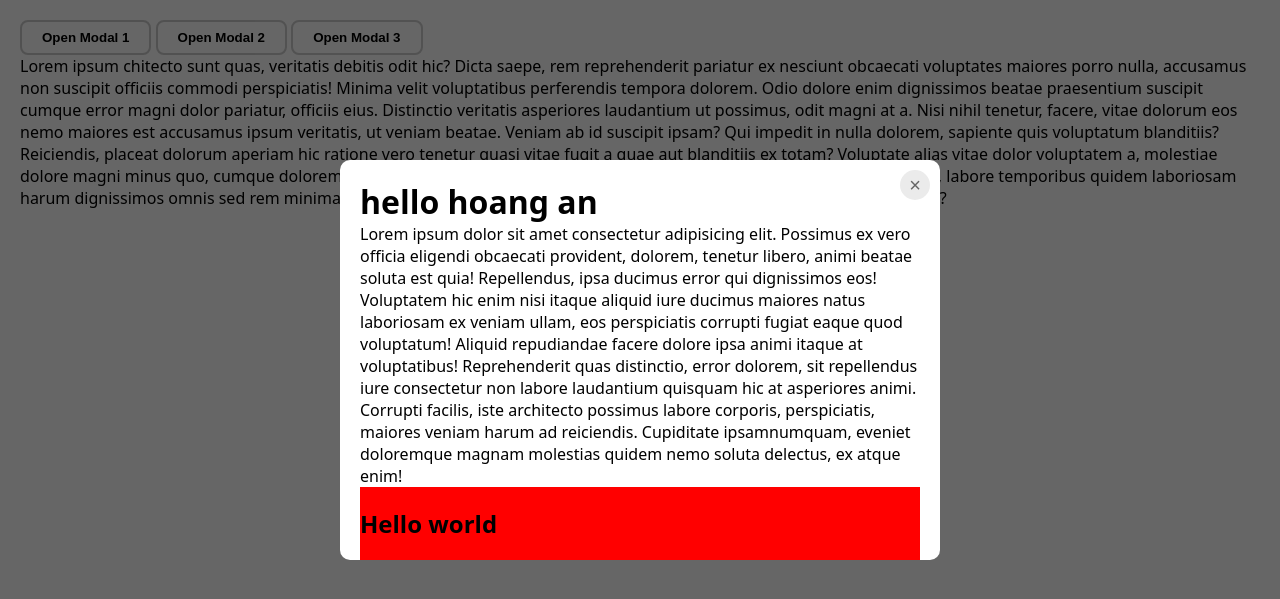
Repository: hoangan3526/Javascript-project
Page: index.html
An editor plug-in stored every save of this project. The page is shown before and after the next save, followed by the edit.
The browser window is 1280 px wide. The pictures show the whole page.

Above is the page before, as saved 2026-05-04 09:52:28.

After the next save:
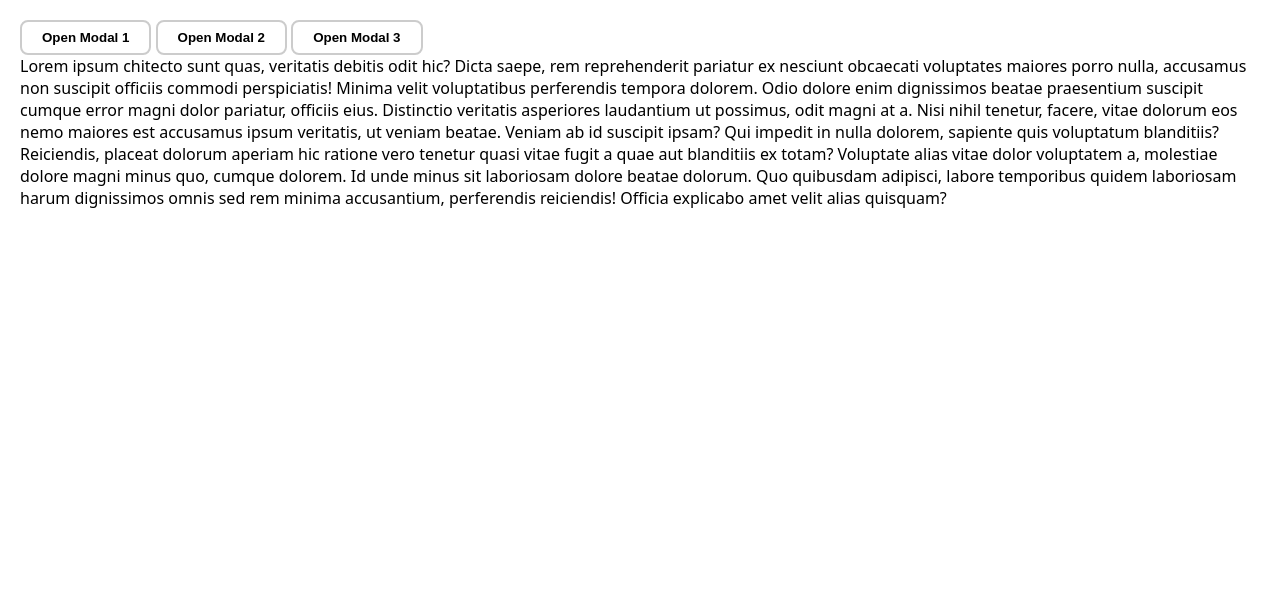
Console error: TypeError: modal3.addFooterButton is not a function
Saved 3 h 13 min later.
--- a/main.js
+++ b/main.js
@@ -3,6 +3,8 @@
 
 function Modal(options = {}) {
     const { templateId, classCSS= [], destroyOnClose = true, closeMethods =["button" , "overlay", "escape"] , onOpen , onClose  , footer = false} = options;
+
+    this._footerbuttons =[];
         const template = $(`#${templateId}`);
 
         if (!template) {
@@ -12,6 +14,14 @@
         this._allowEscapeClose = closeMethods.includes("escape");
         this._allowBackdropClose = closeMethods.includes("overlay");
         this._allowButtonClose = closeMethods.includes("button");
+        this.addfooterButton = (title , classnames , callback) =>{
+
+            this._footerbuttons.push({
+                title,
+                classnames,
+                callback
+            });
+        };
     function getScrollbarWidth() {
         if (getScrollbarWidth.value) return getScrollbarWidth.value;
 
@@ -67,6 +77,29 @@
             if(this._footerContent){
                 this._modalfooter.innerHTML = this._footerContent;
             }
+
+            this._footerbuttons.forEach(btnConfig => {
+               const btn = document.createElement("button");
+               btn.innerHTML = this._footerbuttons.title ;
+
+               // Gán class (Kiểm tra kỹ lỡ người dùng truyền chuỗi rỗng)
+                if (btnConfig.cssClasses && btnConfig.cssClasses.trim() !== "") {
+                    // Cắt chuỗi "class1 class2" thành mảng và add vào classList
+                    const classArray = btnConfig.cssClasses.split(" ");
+                    btn.classList.add(...classArray);
+                }
+
+                // Gán sự kiện click
+                if (typeof btnConfig.callback === "function") {
+                    btn.onclick = (e) => {
+                        // Gọi callback của người dùng truyền vào
+                        btnConfig.callback(e);
+                    };
+                }
+
+                // Nhét cái nút vừa tạo vào trong thẻ Footer
+                this._modalfooter.append(btn);
+            });
             container.append(this._modalfooter);
         }
         this._backdrop.append(container);
@@ -189,20 +222,22 @@
         };
     }
 }
-const modal3 = new Modal(
-    {
-        templateId: "modal-3",
-
-        footer : true,
-        onOpen : () => {
-            console.log("Open Modal 3 ");
-
-        },
-        onClose :() => {
-            console.log("Close Modal 3 ");
-
-        }
-    }
-);
-modal3.setFooterContent("<h2>Hello world </h2>")
+const modal3 = new Modal({
+    templateId: "modal-3",
+    footer: true // Nhớ bật cái này lên
+});
+
+// Thêm nút Hủy
+modal3.addFooterButton('Cancel', 'btn btn-secondary', (e) => {
+    console.log("Bạn vừa bấm nút Hủy bỏ!");
+    modal3.close(); // Thường nút Cancel sẽ gọi lệnh đóng Modal
+});
+
+// Thêm nút Đồng ý
+modal3.addFooterButton('Agree', 'btn btn-primary', (e) => {
+    console.log("Bạn vừa bấm Đồng Ý!");
+    // Có thể thực hiện gửi API, lưu dữ liệu ở đây
+});
+
+// Cuối cùng mới mở Modal
 modal3.open();

After the save that followed:
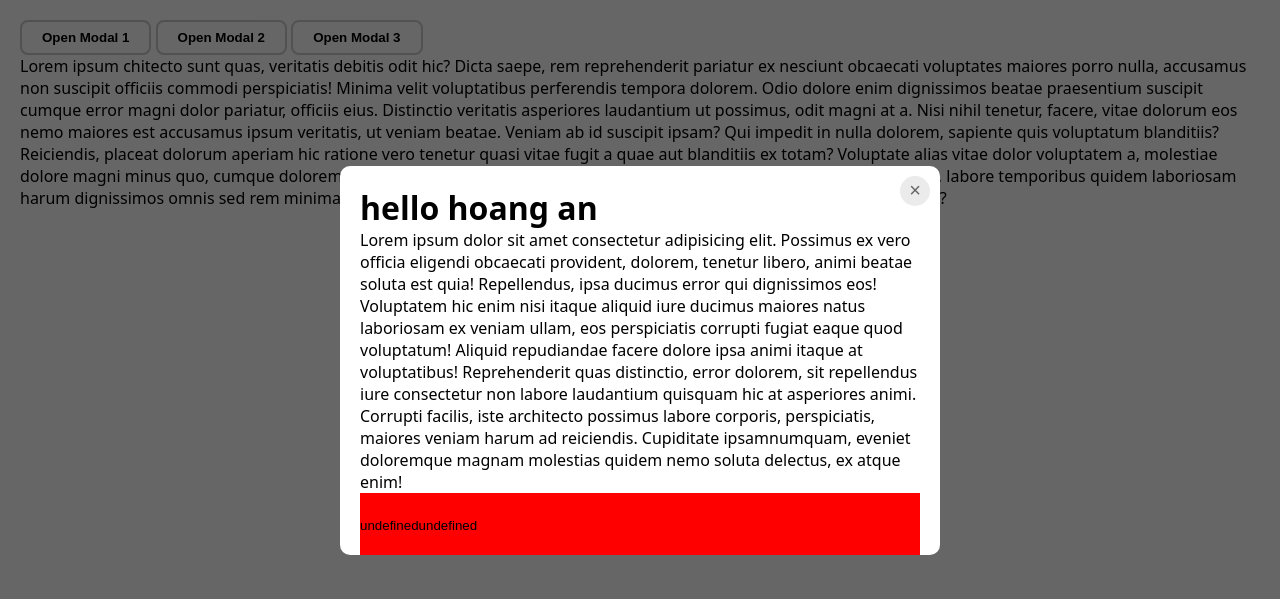
The error is gone.
Saved 67 s later.
--- a/main.js
+++ b/main.js
@@ -228,13 +228,13 @@
 });
 
 // Thêm nút Hủy
-modal3.addFooterButton('Cancel', 'btn btn-secondary', (e) => {
+modal3.addfooterButton('Cancel', 'btn btn-secondary', (e) => {
     console.log("Bạn vừa bấm nút Hủy bỏ!");
     modal3.close(); // Thường nút Cancel sẽ gọi lệnh đóng Modal
 });
 
 // Thêm nút Đồng ý
-modal3.addFooterButton('Agree', 'btn btn-primary', (e) => {
+modal3.addfooterButton('Agree', 'btn btn-primary', (e) => {
     console.log("Bạn vừa bấm Đồng Ý!");
     // Có thể thực hiện gửi API, lưu dữ liệu ở đây
 });
